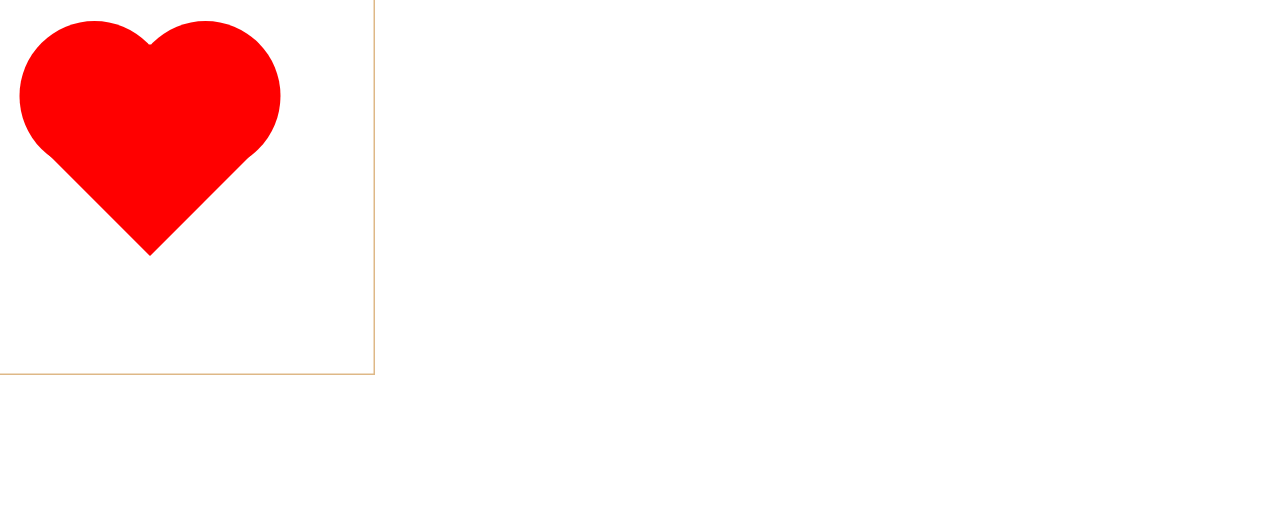
Repository: Lixianlai-2/Css-practice
Page: CSS动画/跳动的心/index.html
An editor plug-in stored every save of this project. The page is shown before and after the next save, followed by the edit.
The browser window is 1280 px wide. The pictures show the whole page.

Above is the page before, as saved 2021-12-09 13:19:32.

### CSS动画/跳动的心/index.html
<!DOCTYPE html>
<html>
  <head>
    <meta charset="utf-8" />
    <link rel="stylesheet" href="style.css" />
    <title>JS Bin</title>
  </head>

  <body>
    <div class="box">
      <div class="left"></div>
      <div class="right"></div>
      <div class="bottom"></div>
    </div>
  </body>
</html>

### CSS动画/跳动的心/style.css
* {
  margin: 0;
  padding: 0;
  box-sizing: border-box;
}
.box {
  border: 1px solid burlywood;
  position: relative;
  height: 300px;
  width: 300px;
  transition: all 0.5s;
}
.left {
  /* border: 3px solid red; */
  position: absolute;
  width: 100px;
  height: 100px;
  top: 50%;
  left: 50%;
  transform: rotate(45deg);
  transform: translate(-87%, -86%);
  border-radius: 50%;
  background-color: red;
}
.right {
  /* border: 3px solid red; */
  position: absolute;
  width: 100px;
  height: 100px;
  top: 50%;
  left: 50%;
  transform: translate(-13%, -86%);
  border-radius: 50%;
  background-color: red;
}
.bottom {
  position: absolute;
  /* border: 1px solid red; */
  width: 100px;
  height: 100px;
  top: 50%;
  left: 50%;
  transform: translate(-50%, -50%) rotate(45deg);
  background-color: red;
}
.box:hover {
  transform: scale(1.5);
}

### CSS动画/跳动的心/跳动的心animation.css
* {
  margin: 0;
  padding: 0;
  box-sizing: border-box;
}
.box {
  display: inline-block;
  margin: 100px;
  position: relative;
  animation: heart 1s linear infinite alternate;
}

@keyframes heart {
  0% {
    transform: scale(1);
  }

  100% {
    transform: scale(1.5);
  }
}
.left {
  position: absolute;
  width: 50px;
  height: 50px;
  top: 50%;
  left: 50%;
  transform: rotate(45deg);
  transform: translate(-87%, -86%);
  border-radius: 50%;
  background-color: red;
}
.right {
  position: absolute;
  width: 50px;
  height: 50px;
  top: 50%;
  left: 50%;
  transform: translate(-13%, -86%);
  border-radius: 50%;
  background-color: red;
}
.bottom {
  position: absolute;
  width: 50px;
  height: 50px;
  top: 50%;
  left: 50%;
  transform: translate(-50%, -50%) rotate(45deg);
  background-color: red;
}

After the next save:
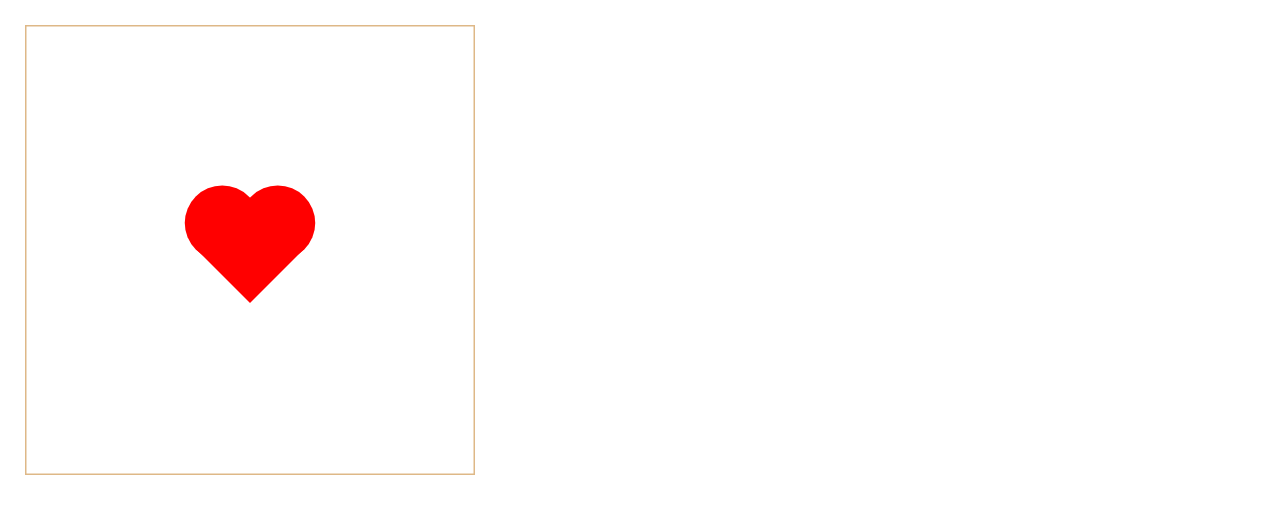
Saved 9 s later.
--- a/CSS动画/跳动的心/index.html
+++ b/CSS动画/跳动的心/index.html
@@ -3,6 +3,7 @@
   <head>
     <meta charset="utf-8" />
     <link rel="stylesheet" href="style.css" />
+    <link rel="stylesheet" href="./跳动的心animation.css" />
     <title>JS Bin</title>
   </head>
 
